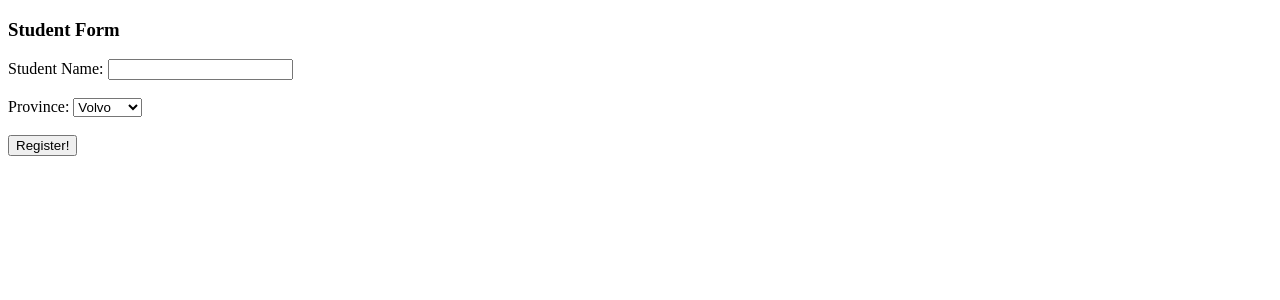
Repository: hunggtham/First-Jsp-and-Servlet-Project
Page: http://localhost/12DemoDropDown/
These files come from the project's save history. The page is drawn as it stood at one moment and after the next save; the edit follows.
The browser window is 1280 px wide. The pictures show the whole page.
The page is served by Tomcat 9. Other server files are loaded and not shown. Queries for data that is not in the repository find no rows.

Above is the page before, as saved 2022-08-15 15:10:28.

### 12DemoDropDown/src/main/webapp/WEB-INF/View/Home.jsp
<%@ page language="java" contentType="text/html; charset=ISO-8859-1"
	pageEncoding="ISO-8859-1"%>
<!DOCTYPE html>
<html>
<head>
<meta charset="ISO-8859-1">
<title>Home Page</title>
</head>
<body>
	<h3>Student Form</h3>

	<form action = "" method = "POST">
		Student Name: <input type="text" name="uname"> <br> <br>
		Province: <select>
			<option value="vol">Volvo</option>
			<option value="huyndai">hyundai</option>
			<option value="vinfast">Vinfast</option>
			<option value="BMW">BMW</option>
		</select> <br> <br> <input type="submit" value="Register!" />
	</form>
</body>
</html>

### 12DemoDropDown/src/main/java/controller/HomeForward.java
package controller;

import java.io.IOException;
import java.sql.Connection;
import java.util.List;

import javax.servlet.RequestDispatcher;
import javax.servlet.ServletException;
import javax.servlet.annotation.WebServlet;
import javax.servlet.http.HttpServlet;
import javax.servlet.http.HttpServletRequest;
import javax.servlet.http.HttpServletResponse;

import bean.Province;
import dao.HomeDAO;
import db.DBConnection;


@WebServlet("/HomeForward")
public class HomeForward extends HttpServlet {
	private static final long serialVersionUID = 1L;


    public HomeForward() {
        super();
        // TODO Auto-generated constructor stub
    }


	protected void doGet(HttpServletRequest request, HttpServletResponse response) throws ServletException, IOException {
		// TODO Auto-generated method stub
		Connection conn = DBConnection.CreateConnection();
		List<Province> list = HomeDAO.DisplayProvince(conn);

		request.setAttribute("listProvince", list);

		RequestDispatcher rd = request.getRequestDispatcher("/WEB-INF/View/Home.jsp");
		rd.forward(request, response);


	}


	protected void doPost(HttpServletRequest request, HttpServletResponse response) throws ServletException, IOException {
		// TODO Auto-generated method stub
		doGet(request, response);
	}

}

### 12DemoDropDown/src/main/java/db/DBConnection.java
package db;

import java.sql.Connection;
import java.sql.DriverManager;
import java.sql.SQLException;

public class DBConnection {
	public static Connection CreateConnection() {
		Connection conn = null;
		String username = "root";
		String password = "Hieu@123";
		String url = "jdbc:mysql://127.0.0.2:3306/demodropdown";
		try {
			//load driver
			Class.forName("com.mysql.jdbc.Driver");

			conn = DriverManager.getConnection(url,username,password);

		} catch (ClassNotFoundException e) {
			e.printStackTrace();
		}catch(SQLException se) {
			se.printStackTrace();
		}catch(Exception e) {
			e.printStackTrace();
		}

		return conn;
	}
}

### 12DemoDropDown/src/main/java/dao/HomeDAO.java
package dao;

import java.sql.Connection;
import java.sql.PreparedStatement;
import java.sql.ResultSet;
import java.sql.SQLException;
import java.util.ArrayList;
import java.util.List;

import bean.Province;

public class HomeDAO {

	public static List<Province> DisplayProvince(Connection conn){

		List<Province> list = new ArrayList<Province>();
		String sql ="select * from province";
		try {
			PreparedStatement ptmt = conn.prepareStatement(sql);
			ResultSet rs = ptmt.executeQuery();

			while(rs.next()) {
				Province province = new Province();
				int provinceId = rs.getInt("provinceid");
				String provinceName = rs.getString("provinceName");

				province.setProvinceId(provinceId);
				province.setProvinceName(provinceName);

				list.add(province);
			}

		} catch (SQLException e) {

			e.printStackTrace();
		}catch (Exception e) {
			e.printStackTrace();
		}

		return list;

	}
}

After the next save:
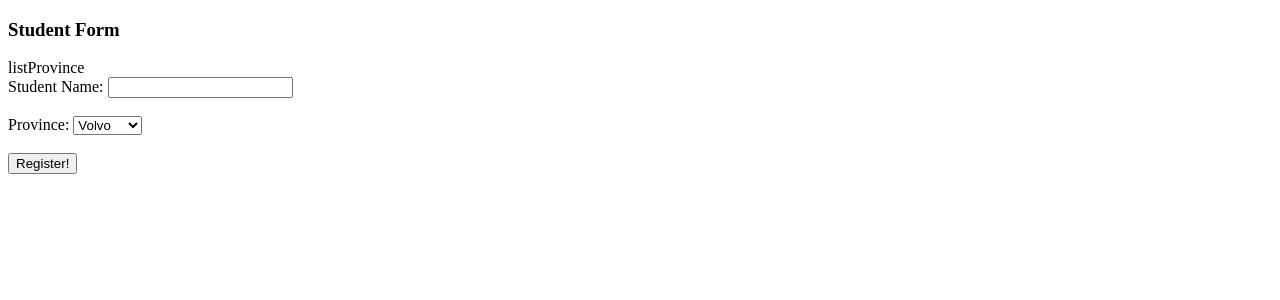
Saved 13 s later.
--- a/12DemoDropDown/src/main/webapp/WEB-INF/View/Home.jsp
+++ b/12DemoDropDown/src/main/webapp/WEB-INF/View/Home.jsp
@@ -8,7 +8,7 @@
 </head>
 <body>
 	<h3>Student Form</h3>
-
+	listProvince
 	<form action = "" method = "POST">
 		Student Name: <input type="text" name="uname"> <br> <br>
 		Province: <select>
